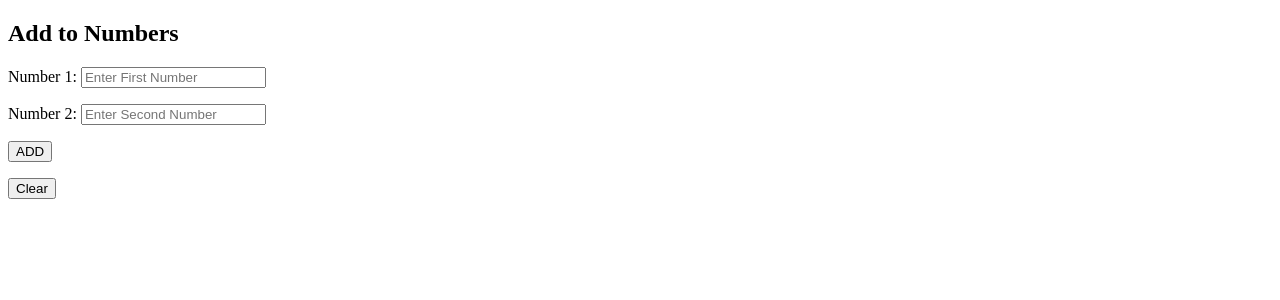
Repository: GuptaReena/Java-Spring
Page: AddWebProject/src/main/webapp/Add.html
An editor plug-in stored every save of this project. The page is shown before and after the next save, followed by the edit.
The browser window is 1280 px wide. The pictures show the whole page.

Above is the page before, as saved 2024-07-12 10:23:06.

### AddWebProject/src/main/webapp/Add.html
<!DOCTYPE html>
<html>
<head>
<meta charset="UTF-8">
<title>ADD</title>
</head>
<body>

	<form action="AddServlet" method="get">

		<h2>Add to Numbers</h2>
		<p>Number 1: <input type="text" name="num1" placeholder="Enter First Number"></p>
		<p>Number 2: <input type="text" name="num2" placeholder="Enter Second Number"></p>

		<p><button value="submit">ADD</button> <p><button value="reset">Clear</button></p></p>

	</form>


</body>
</html>

After the next save:
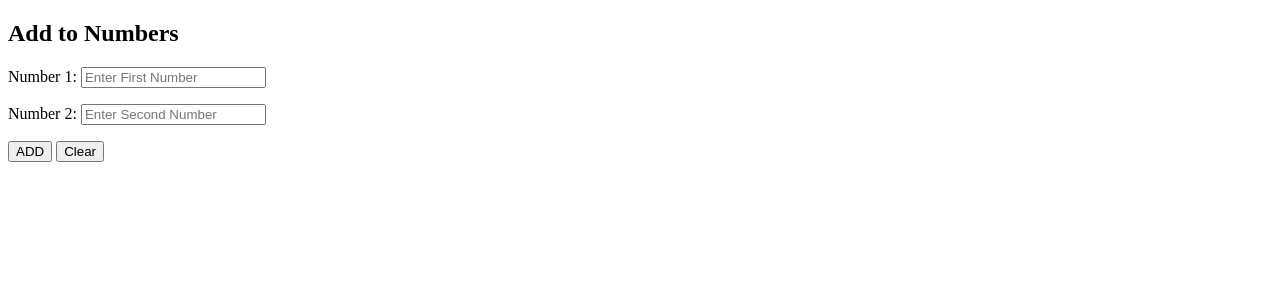
Saved 119 s later.
--- a/AddWebProject/src/main/webapp/Add.html
+++ b/AddWebProject/src/main/webapp/Add.html
@@ -12,7 +12,7 @@
 		<p>Number 1: <input type="text" name="num1" placeholder="Enter First Number"></p>
 		<p>Number 2: <input type="text" name="num2" placeholder="Enter Second Number"></p>
 
-		<p><button value="submit">ADD</button> <p><button value="reset">Clear</button></p></p>
+		<p><button value="submit">ADD</button> <button value="reset">Clear</button></p>
 
 	</form>
 
